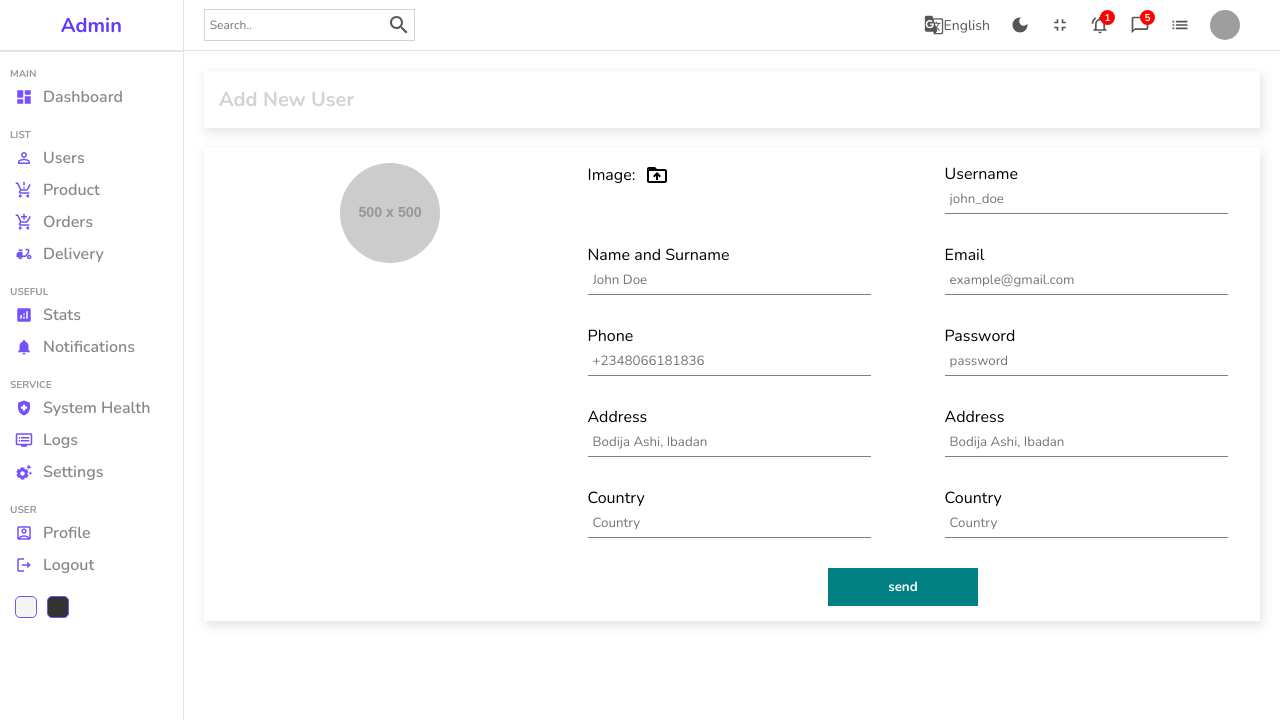
Repository: maescode/simple-react-admin-dashboard
Page: /users/new
These files come from the project's save history. The page is drawn as it stood at one moment and after the next save; the edit follows.
The browser window is 1280 px wide. The pictures show the whole page.
Pictures or frames that could not be fetched are drawn as grey boxes. The project was rebuilt for these pictures with package versions that can differ from the ones it lists, and the page was loaded fresh each time. Also part of the build but not shown: src/App.css, src/pages/home/home.scss, src/pages/components/widget/widget.scss, src/pages/components/widget/Widget.jsx, src/pages/components/featured/featured.scss, src/pages/components/featured/Featured.jsx, src/pages/components/chart/chart.scss, src/pages/components/chart/Chart.jsx and 11 more.

Above is the page before, as saved 2022-08-10 10:32:52.

After the next save:
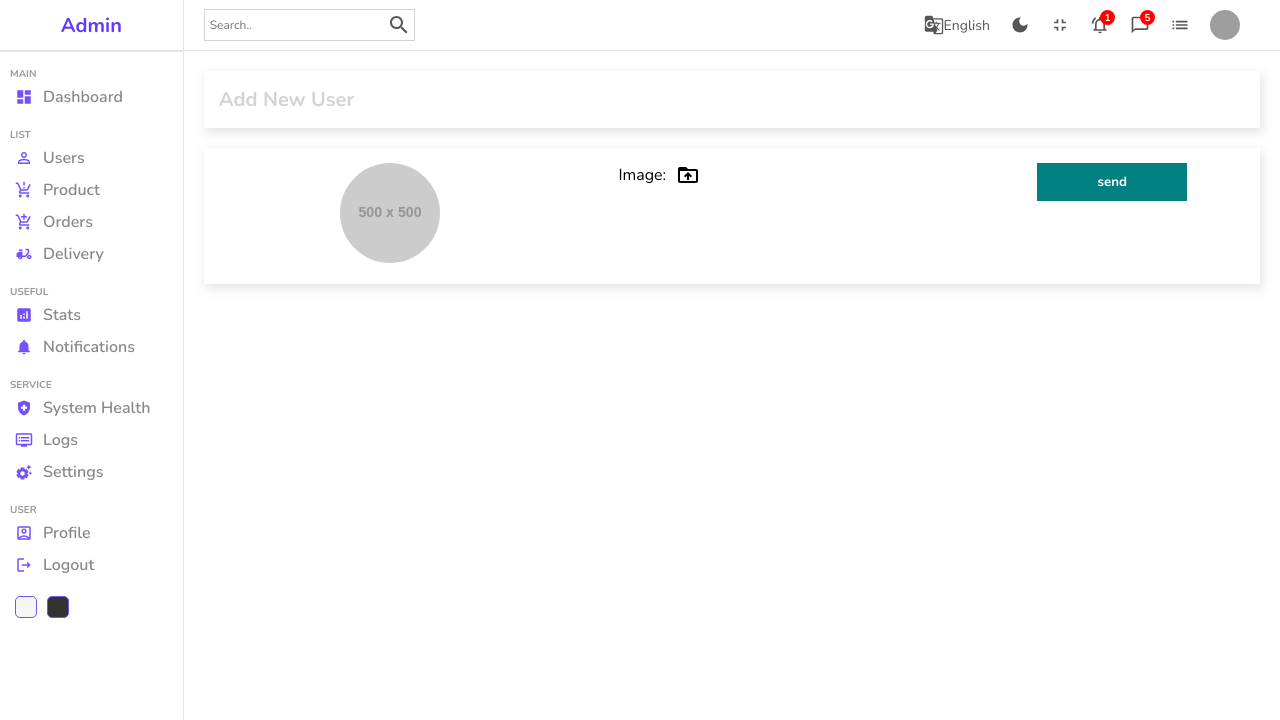
Saved 4 min 52 s later.
--- a/src/pages/new/New.jsx
+++ b/src/pages/new/New.jsx
@@ -37,66 +37,9 @@ const New = ({ inputs, title }) => {
                 />
               </div>
 
-              <div className="formInput">
-                <label>Username</label>
-                <input type="text" name="username" placeholder="john_doe" />
-              </div>
-
-              <div className="formInput">
-                <label>Name and Surname</label>
-                <input
-                  type="text"
-                  name="name_and_surname"
-                  placeholder="John Doe"
-                />
-              </div>
-
-              <div className="formInput">
-                <label>Email</label>
-                <input
-                  type="email"
-                  name="email"
-                  placeholder="example@gmail.com"
-                />
-              </div>
-
-              <div className="formInput">
-                <label>Phone</label>
-                <input type="text" name="phone" placeholder="+2348066181836" />
-              </div>
-
-              <div className="formInput">
-                <label>Password</label>
-                <input type="password" name="password" placeholder="password" />
-              </div>
-
-              <div className="formInput">
-                <label>Address</label>
-                <input
-                  type="text"
-                  name="address"
-                  placeholder="Bodija Ashi, Ibadan"
-                />
-              </div>
-
-              <div className="formInput">
-                <label>Address</label>
-                <input
-                  type="text"
-                  name="address"
-                  placeholder="Bodija Ashi, Ibadan"
-                />
-              </div>
-
-              <div className="formInput">
-                <label>Country</label>
-                <input type="text" name="country" placeholder="Country" />
-              </div>
-
-              <div className="formInput">
-                <label>Country</label>
-                <input type="text" name="country" placeholder="Country" />
-              </div>
+              {inputs.map((input) => {
+                return <></>;
+              })}
 
               <button>send</button>
             </form>
